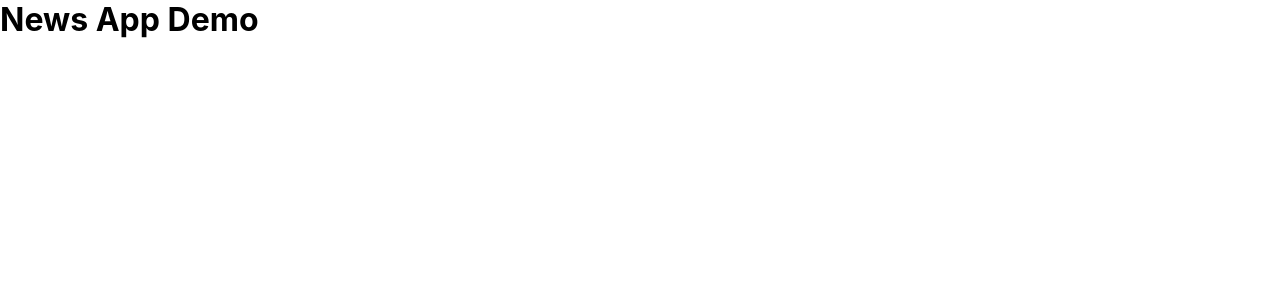
Repository: KanmegneTabouguie/joblisting
Page: NewsApp copy 3/news-demo-starter-files/index.html
An editor plug-in stored every save of this project. The page is shown before and after the next save, followed by the edit.
The browser window is 1280 px wide. The pictures show the whole page.

Above is the page before, as saved 2024-01-23 21:07:14.

### NewsApp copy 3/news-demo-starter-files/index.html
<!DOCTYPE html>
<html lang="en">
<head>
  <meta charset="UTF-8">
  <meta name="viewport" content="width=device-width, initial-scale=1.0">
  <meta http-equiv="X-UA-Compatible" content="ie=edge">
  <title>News App Demo</title>
  <link rel="stylesheet" href="/assets/style.css">
</head>
<body>
  <h1>News App Demo</h1>
</body>
</html>

### NewsApp copy 3/news-demo-starter-files/assets/style.css
html {
  box-sizing: border-box;
}

*, *::before, *::after {
  box-sizing: inherit;
  margin: 0;
  padding: 0;
}

:root {
  --light-green: #00ff00;
  --dark-green: #003b00;
  --dark-grey: #777;
  --light-grey: #dadce0;
}

body {
  font-family: -apple-system, BlinkMacSystemFont, 'Segoe UI', Roboto, Oxygen-Sans, Ubuntu, Cantarell, 'Helvetica Neue', sans-serif;
}

a {
  text-decoration: none;
  color: #333;
}

a:hover {
  text-decoration: underline;
}

a.button {
  border: 2px solid #004400;
  color: var(--dark-green);
  border-radius: 4px;
  padding: 6px 24px;
  font-size: 14px;
  font-weight: 400;
}

a.button:hover {
  text-decoration: none;
  background-color: var(--dark-green);
  color: var(--light-green);
}

header {
  width: 100%;
  height: 50px;
  position: fixed;
  top: 0;
  left: 0;
  right: 0;
  display: flex;
  justify-content: space-between;
  background-color: var(--light-green);
  padding: 5px 10px;
  align-items: center;
}

.logo {
  color: #002200;
}

form {
  height: calc(100% - 10px);
}

.search-input {
  width: 500px;
  height: 100%;
  border-radius: 4px;
  border-color: transparent;
  background-color: var(--dark-green);
  color: var(--light-green);
  font-size: 16px;
  line-height: 1.4;
  padding-left: 5px;
}

.container {
  width: 100%;
  max-width: 720px;
  margin: 0 auto;
  padding: 80px 20px 40px;
}

.result-count {
  color: var(--dark-grey);
  text-align: center;
  margin-bottom: 15px;
}

.search-results {
  list-style: none;
}

.news-article {
  display: flex;
  align-items: flex-start;
  margin-bottom: 30px;
  border: 1px solid var(--light-grey);
  padding: 15px;
  border-radius: 4px;
  justify-content: space-between;
}

.article-image {
  width: 200px;
  flex-grow: 0;
  flex-shrink: 0;
  margin-left: 20px;
}

.title {
  margin-bottom: 15px;
}

.description {
  color: var(--dark-grey);
  margin-bottom: 15px;
}

.metadata {
  display: flex;
  color: var(--dark-green);
  font-size: 14px;
}

.published-date::before {
  content: '\0000a0\002022\0000a0';
  margin: 0 3px;
}

.pagination {
  margin-top: 20px;
}

.previous-page {
  margin-right: 20px;
}

@media screen and (max-width: 550px) {
  header {
    flex-direction: column;
    height: auto;
    padding-bottom: 10px;
  }

  .logo {
    display: inline-block;
    margin-bottom: 10px;
  }

  form, .search-input {
    width: 100%;
  }

  .github-button {
    display: none;
  }

  .title {
    font-size: 18px;
  }

  .description {
    font-size: 14px;
  }

  .article-image {
    display: none;
  }
}

After the next save:
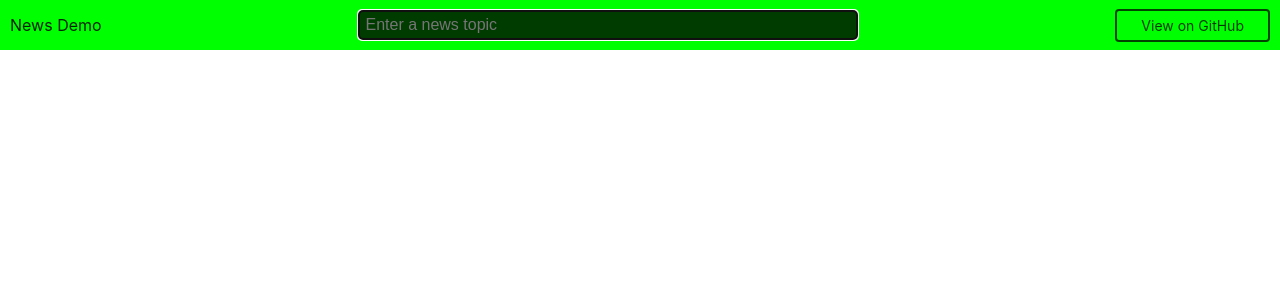
Saved 13 min 28 s later.
--- a/NewsApp copy 3/news-demo-starter-files/index.html
+++ b/NewsApp copy 3/news-demo-starter-files/index.html
@@ -8,6 +8,24 @@
   <link rel="stylesheet" href="/assets/style.css">
 </head>
 <body>
-  <h1>News App Demo</h1>
-</body>
+  <main>
+    <header>
+      <a class="logo" href="/">News Demo</a>
+      <form action="/search" method="GET">
+        <input
+          autofocus
+          class="search-input"
+          value=""
+          placeholder="Enter a news topic"
+          type="search"
+          name="q"
+        />
+      </form>
+      <a
+        href="https://github.com/freshman-tech/news"
+        class="button github-button"
+        >View on GitHub</a
+      >
+    </header>
+  </main></body>
 </html>
